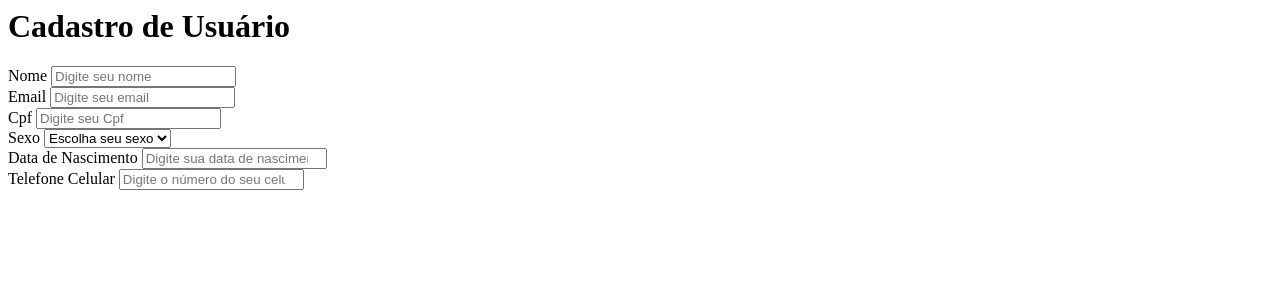
Repository: formatech2018/BRUNNO-S-FILMES
Page: sistema.filmes/src/main/webapp/resources/html/cadastro.html
An editor plug-in stored every save of this project. The page is shown before and after the next save, followed by the edit.
The browser window is 1280 px wide. The pictures show the whole page.

Above is the page before, as saved 2018-08-04 14:25:00.

After the next save:
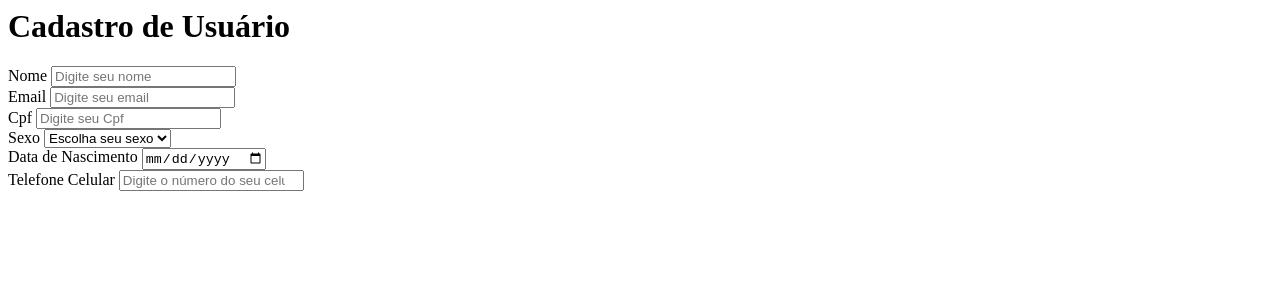
Saved 27 s later.
--- a/sistema.filmes/src/main/webapp/resources/html/cadastro.html
+++ b/sistema.filmes/src/main/webapp/resources/html/cadastro.html
@@ -34,7 +34,7 @@
 	<div class="row">
 		<div class="col">
 			<label for="colFormLabel" class="col-sm-2 col-form-label">Data de Nascimento</label>
-			<input type="number" id="nascimento" name="nascimento" class="form-control"
+			<input type="date" name="nascimento" class="form-control"
 				placeholder="Digite sua data de nascimento">
 		</div>
 		<div class="col">
